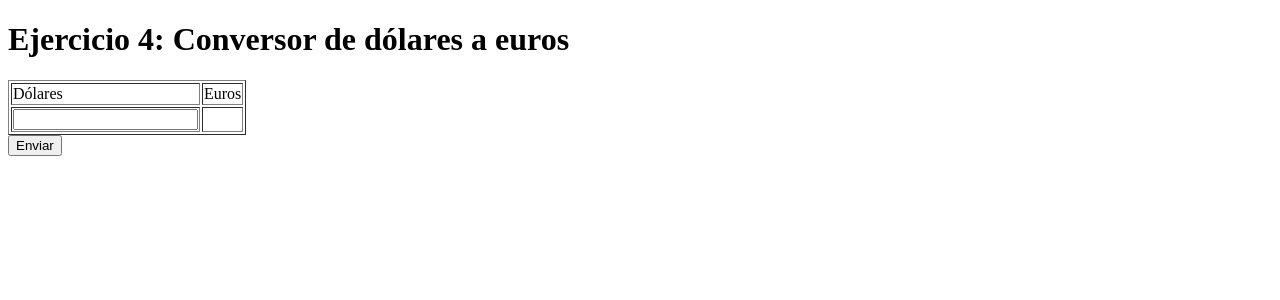
Repository: Ibizus/ejercicios_JSP
Page: http://localhost/ejercicios_Hector/ejercicio4/conversor.jsp
These files come from the project's save history. The page is drawn as it stood at one moment and after the next save; the edit follows.
The browser window is 1280 px wide. The pictures show the whole page.
The page is served by Tomcat 9.

Above is the page before, as saved 2023-11-11 21:39:42.

### ejercicios_Hector/src/main/webapp/ejercicio4/conversor.jsp
<%@ page language="java" contentType="text/html; charset=UTF-8"
    pageEncoding="UTF-8"%>
<!DOCTYPE html>
<html>
<head>
<meta charset="UTF-8">
<title>Conversor dolares-euros</title>
</head>
<body>

<%

	double resultado;
try{
	String dolares = request.getParameter("dolares");
	resultado = Double.parseDouble(request.getParameter("dolares")) * 0.93;

}catch(Exception e){
	resultado = 0;
}
%>







	<h1>Ejercicio 4: Conversor de dólares a euros</h1>

	<form method="post" action="conversor.jsp">
		<table border=1>
			<tr>
				<td>Dólares</td><td>Euros</td>
			</tr>

			<tr>
				<td><input type="text" name="dolares"></td>
				<td></td>
			</tr>
		</table>

		<input type="submit" value="Enviar">
	</form>











</body>
</html>

After the next save:
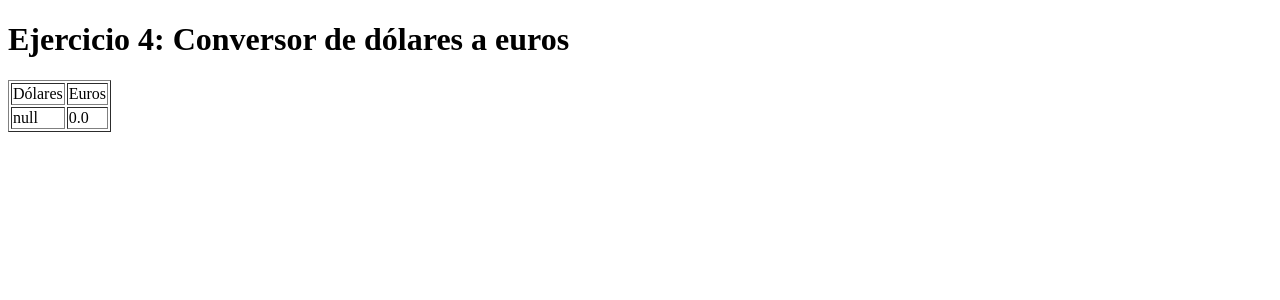
Saved 7 min 5 s later.
--- a/ejercicios_Hector/src/main/webapp/ejercicio4/conversor.jsp
+++ b/ejercicios_Hector/src/main/webapp/ejercicio4/conversor.jsp
@@ -9,47 +9,23 @@
 <body>
 
 <%
-
-	double resultado;
+double resultado;
+String dolares = "";
 try{
-	String dolares = request.getParameter("dolares");
+	dolares = request.getParameter("dolares");
 	resultado = Double.parseDouble(request.getParameter("dolares")) * 0.93;
 
 }catch(Exception e){
 	resultado = 0;
 }
+
+
 %>
 
-
-
-
-
-
-
-	<h1>Ejercicio 4: Conversor de dólares a euros</h1>
-
-	<form method="post" action="conversor.jsp">
-		<table border=1>
-			<tr>
-				<td>Dólares</td><td>Euros</td>
-			</tr>
-
-			<tr>
-				<td><input type="text" name="dolares"></td>
-				<td></td>
-			</tr>
-		</table>
-
-		<input type="submit" value="Enviar">
-	</form>
-
-
-
-
-
-
-
-
+ <%
+ out.println("<h1>Ejercicio 4: Conversor de dólares a euros</h1><table border=1><tr><td>Dólares</td><td>Euros</td></tr><tr><td>" +
+ dolares + "</td><td>" + resultado + "</td></tr></table>");
+ %>
 
 
 
